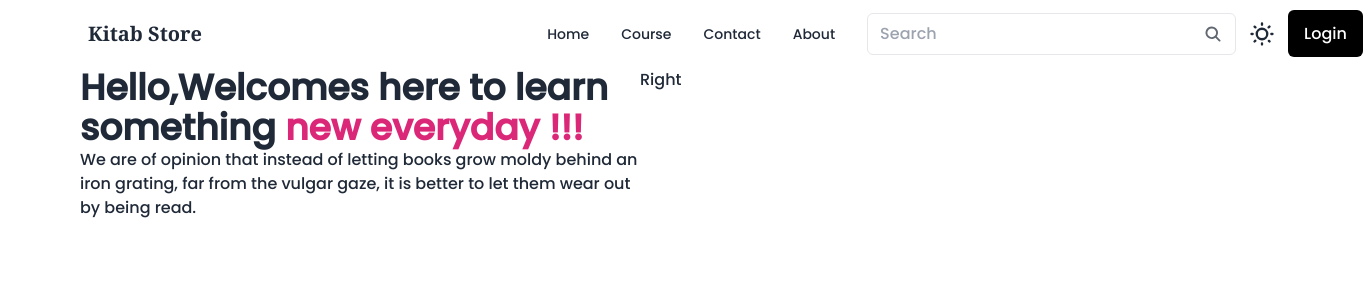
Repository: diensy/Kitab.com
Page: / (app in Frontend/)
An editor plug-in stored every save of this project. The page is shown before and after a run of saves, followed by the edit.
The browser window is 1280 px wide. The page is 1363 px wide, so the pictures cover 1363 px, including what lies to the right of the window. The pictures show the whole page.
The project was rebuilt for these pictures with package versions that can differ from the ones it lists, and the page was loaded fresh each time. Also part of the build but not shown: Frontend/vite.config.js.

Above is the page before, as saved 2024-07-28 23:26:24.

### Frontend/src/App.jsx
import React from 'react'
import Navbar from './Components/Navbar'
import Banners from './Components/Banner'
const App = () => {
  return (
    <>
    <Navbar/>
    <Banners/>
    </>
  )
}

export default App

### Frontend/src/index.css
@import url("https://fonts.googleapis.com/css2?family=Fredoka:wght@300..700&family=Montserrat:ital,wght@0,100..900;1,100..900&family=Poppins:wght@500&display=swap");
@tailwind base;
@tailwind components;
@tailwind utilities;

body {
  font-family: "Poppins", sans-serif;
}

### Frontend/src/Components/Navbar.jsx
import React from "react";

const Navbar = () => {
  const navItems = (
    <>
      <li>
        <a>Home</a>
      </li>
      <li>
        <a>Course</a>
      </li>
      <li>
        <a>Contact</a>
      </li>
      <li>
        <a>About</a>
      </li>
    </>
  );
  return (
    <>
      <div className="max-w-screen-2xl container mx-auto md:px-20 px-4">
        <div className="navbar bg-base-100">
          <div className="navbar-start">
            <div className="dropdown">
              <div
                tabIndex={0}
                role="button"
                className="btn btn-ghost lg:hidden"
              >
                <svg
                  xmlns="http://www.w3.org/2000/svg"
                  className="h-5 w-5"
                  fill="none"
                  viewBox="0 0 24 24"
                  stroke="currentColor"
                >
                  <path
                    strokeLinecap="round"
                    strokeLinejoin="round"
                    strokeWidth="2"
                    d="M4 6h16M4 12h8m-8 6h16"
                  />
                </svg>
              </div>
              <ul
                tabIndex={0}
                className="menu menu-sm dropdown-content bg-base-100 rounded-box z-[1] mt-3 w-52 p-2 shadow"
              >
                {navItems}
              </ul>
            </div>
            <a className="text-xl font-bold cursor-pointer font-serif">
              Kitab Store
            </a>
          </div>
          <div className="nav-end space-x-3">
            <div className="navbar-center hidden lg:flex ">
              <ul className="menu menu-horizontal px-1">{navItems}</ul>
            </div>
            <div className="hidden md:block">
              <label className="flex items-center gap-2 border outline-none px-3 py-2 rounded-md">
                <input type="text" className="grow" placeholder="Search" />
                <svg
                  xmlns="http://www.w3.org/2000/svg"
                  viewBox="0 0 16 16"
                  fill="currentColor"
                  className="h-5 w-5 opacity-70"
                >
                  <path
                    fillRule="evenodd"
                    d="M9.965 11.026a5 5 0 1 1 1.06-1.06l2.755 2.754a.75.75 0 1 1-1.06 1.06l-2.755-2.754ZM10.5 7a3.5 3.5 0 1 1-7 0 3.5 3.5 0 0 1 7 0Z"
                    clipRule="evenodd"
                  />
                </svg>
              </label>
            </div>
            <label className="swap swap-rotate">
              {/* this hidden checkbox controls the state */}
              <input
                type="checkbox"
                className="theme-controller"
                value="synthwave"
              />

              {/* sun icon */}
              <svg
                className="swap-off h-7 w-7 fill-current"
                xmlns="http://www.w3.org/2000/svg"
                viewBox="0 0 24 24"
              >
                <path d="M5.64,17l-.71.71a1,1,0,0,0,0,1.41,1,1,0,0,0,1.41,0l.71-.71A1,1,0,0,0,5.64,17ZM5,12a1,1,0,0,0-1-1H3a1,1,0,0,0,0,2H4A1,1,0,0,0,5,12Zm7-7a1,1,0,0,0,1-1V3a1,1,0,0,0-2,0V4A1,1,0,0,0,12,5ZM5.64,7.05a1,1,0,0,0,.7.29,1,1,0,0,0,.71-.29,1,1,0,0,0,0-1.41l-.71-.71A1,1,0,0,0,4.93,6.34Zm12,.29a1,1,0,0,0,.7-.29l.71-.71a1,1,0,1,0-1.41-1.41L17,5.64a1,1,0,0,0,0,1.41A1,1,0,0,0,17.66,7.34ZM21,11H20a1,1,0,0,0,0,2h1a1,1,0,0,0,0-2Zm-9,8a1,1,0,0,0-1,1v1a1,1,0,0,0,2,0V20A1,1,0,0,0,12,19ZM18.36,17A1,1,0,0,0,17,18.36l.71.71a1,1,0,0,0,1.41,0,1,1,0,0,0,0-1.41ZM12,6.5A5.5,5.5,0,1,0,17.5,12,5.51,5.51,0,0,0,12,6.5Zm0,9A3.5,3.5,0,1,1,15.5,12,3.5,3.5,0,0,1,12,15.5Z" />
              </svg>

              {/* moon icon */}
              <svg
                className="swap-on h-7 w-7 fill-current"
                xmlns="http://www.w3.org/2000/svg"
                viewBox="0 0 24 24"
              >
                <path d="M21.64,13a1,1,0,0,0-1.05-.14,8.05,8.05,0,0,1-3.37.73A8.15,8.15,0,0,1,9.08,5.49a8.59,8.59,0,0,1,.25-2A1,1,0,0,0,8,2.36,10.14,10.14,0,1,0,22,14.05,1,1,0,0,0,21.64,13Zm-9.5,6.69A8.14,8.14,0,0,1,7.08,5.22v.27A10.15,10.15,0,0,0,17.22,15.63a9.79,9.79,0,0,0,2.1-.22A8.11,8.11,0,0,1,12.14,19.73Z" />
              </svg>
            </label>
            <div className="">
              <a className="bg-black text-white px-4 py-3 rounded-md hover:bg-slate-800 duration-300 cursor-pointer">
                Login
              </a>
            </div>
          </div>
        </div>
      </div>
    </>
  );
};

export default Navbar;

### Frontend/src/Components/Banner.jsx
import React from "react";

const Banner = () => {
  return (
    <>
      <div className="max-w-screen-2xl container mx-auto md:px-20 px-4 flex flex-col md:flex-row">
        <div className="w-full md:w-1/2">
      <div className="space-">
      <h1 className="text-4xl font-bold">
            Hello,Welcomes here to learn something
            <span className="text-pink-600 "> new everyday !!!</span>
          </h1>
          <p>
            We are of opinion that instead of letting books grow moldy behind an
            iron grating, far from the vulgar gaze, it is better to let them
            wear out by being read.
          </p>
      </div>
        </div>
        <div className="w-full md:w-1/2">Right</div>
      </div>
    </>
  );
};

export default Banner;

Loaded but not shown: Frontend/index.html (common file); Frontend/src/main.jsx (common file); Frontend/tailwind.config.js (common file)

After the next 2 saves:
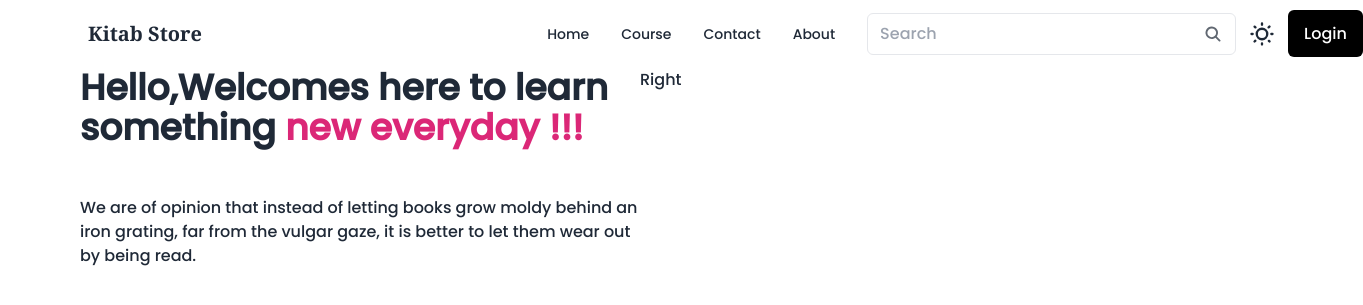
The 2 saves are shown as one change because they came seconds apart.
The last was saved 20 s later.
--- a/Frontend/src/Components/Banner.jsx
+++ b/Frontend/src/Components/Banner.jsx
@@ -5,17 +5,17 @@
     <>
       <div className="max-w-screen-2xl container mx-auto md:px-20 px-4 flex flex-col md:flex-row">
         <div className="w-full md:w-1/2">
-      <div className="space-">
-      <h1 className="text-4xl font-bold">
-            Hello,Welcomes here to learn something
-            <span className="text-pink-600 "> new everyday !!!</span>
-          </h1>
-          <p>
-            We are of opinion that instead of letting books grow moldy behind an
-            iron grating, far from the vulgar gaze, it is better to let them
-            wear out by being read.
-          </p>
-      </div>
+          <div className="space-y-12">
+            <h1 className="text-4xl font-bold">
+              Hello,Welcomes here to learn something
+              <span className="text-pink-600 "> new everyday !!!</span>
+            </h1>
+            <p>
+              We are of opinion that instead of letting books grow moldy behind
+              an iron grating, far from the vulgar gaze, it is better to let
+              them wear out by being read.
+            </p>
+          </div>
         </div>
         <div className="w-full md:w-1/2">Right</div>
       </div>

After the save that followed:
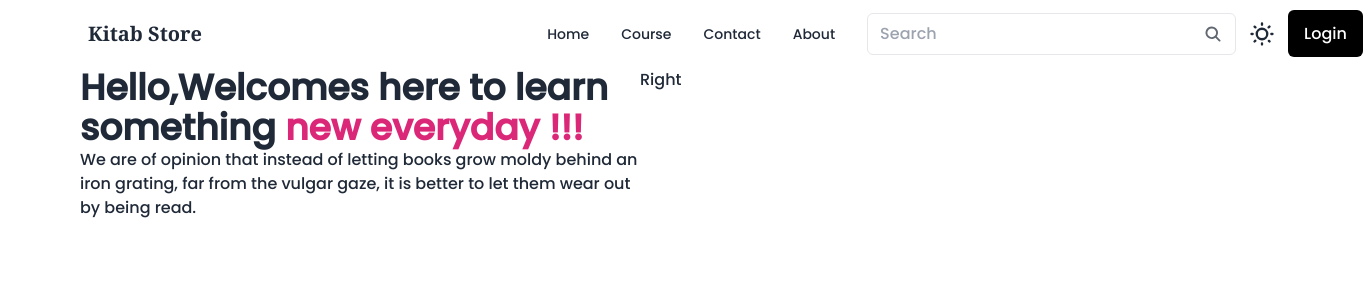
Saved 8 s later.
--- a/Frontend/src/Components/Banner.jsx
+++ b/Frontend/src/Components/Banner.jsx
@@ -5,7 +5,7 @@
     <>
       <div className="max-w-screen-2xl container mx-auto md:px-20 px-4 flex flex-col md:flex-row">
         <div className="w-full md:w-1/2">
-          <div className="space-y-12">
+          <div className="space-y-15">
             <h1 className="text-4xl font-bold">
               Hello,Welcomes here to learn something
               <span className="text-pink-600 "> new everyday !!!</span>
